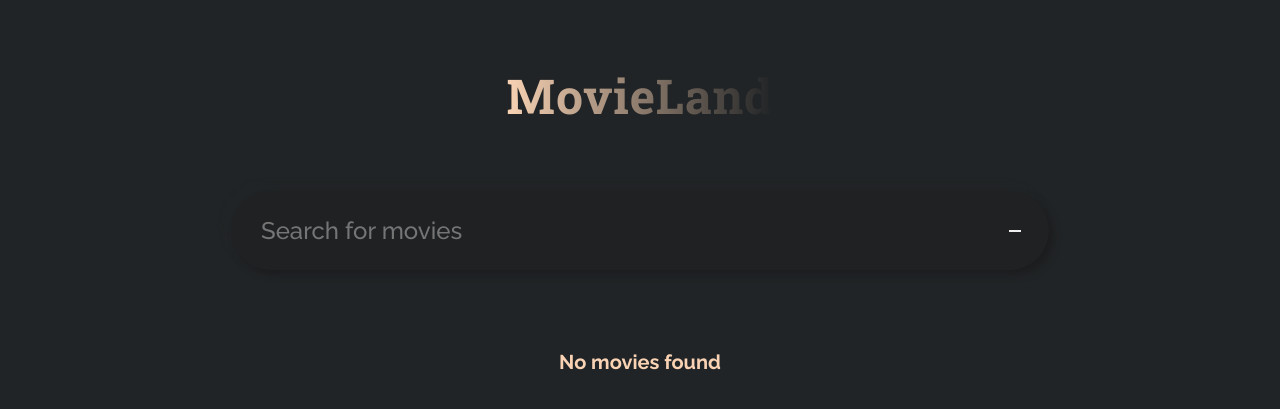
Repository: TanHuynh1108/movie_react_app
Page: /
An editor plug-in stored every save of this project. The page is shown before and after the next save, followed by the edit.
The browser window is 1280 px wide. The pictures show the whole page.
The project was rebuilt for these pictures with package versions that can differ from the ones it lists, and the page was loaded fresh each time. Also part of the build but not shown: src/MovieCard.jsx.

Above is the page before, as saved 2023-08-29 15:49:32.

After the next save:
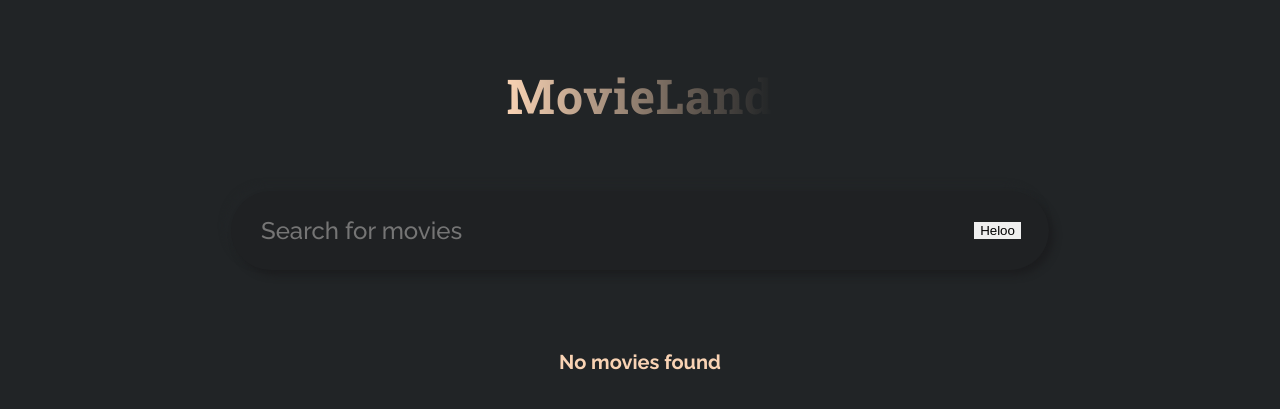
Saved 21 s later.
--- a/src/App.js
+++ b/src/App.js
@@ -41,7 +41,7 @@
                     onClick={() => searchMovies(searchTerm)}
                 /> */}
                 <button onClick={() => searchMovies(searchTerm)}>
-
+                    Heloo
                 </button>
             </div>
             {
